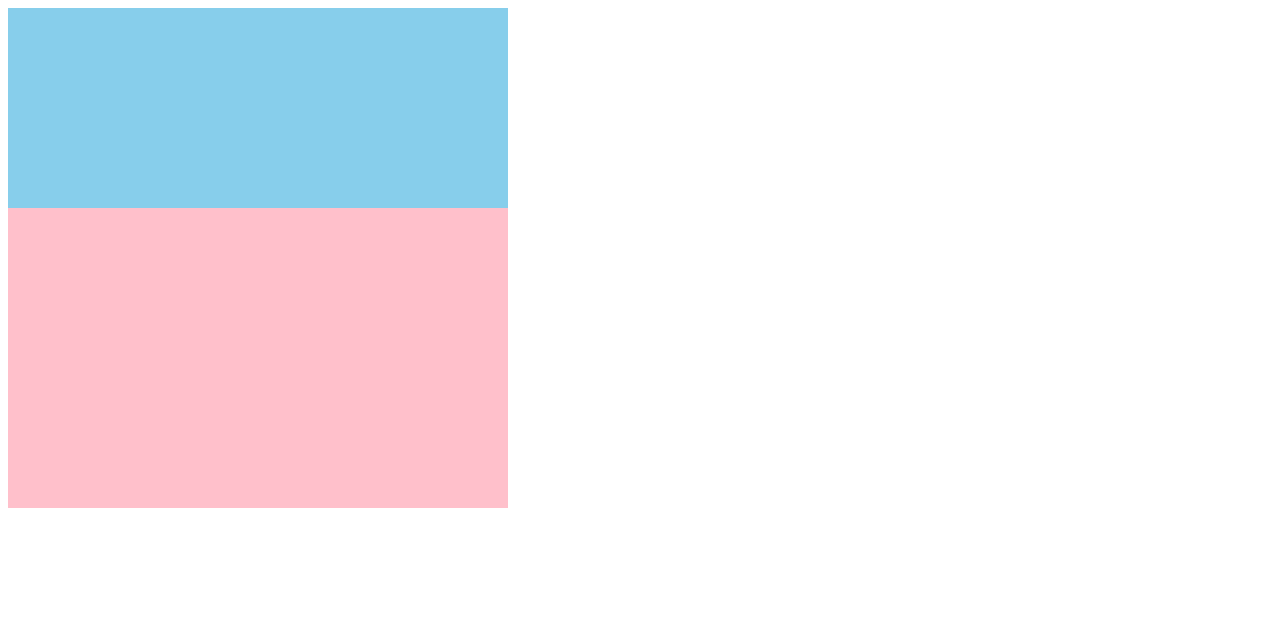
Repository: hminah0215/bitcamp
Page: http://localhost/day0217b/exam03/ex03.jsp
An editor plug-in stored every save of this project. The page is shown before and after the next save, followed by the edit.
The browser window is 1280 px wide. The pictures show the whole page.
The page is served by Tomcat 9.

Above is the page before, as saved 2020-02-17 07:50:40.

After the next save:
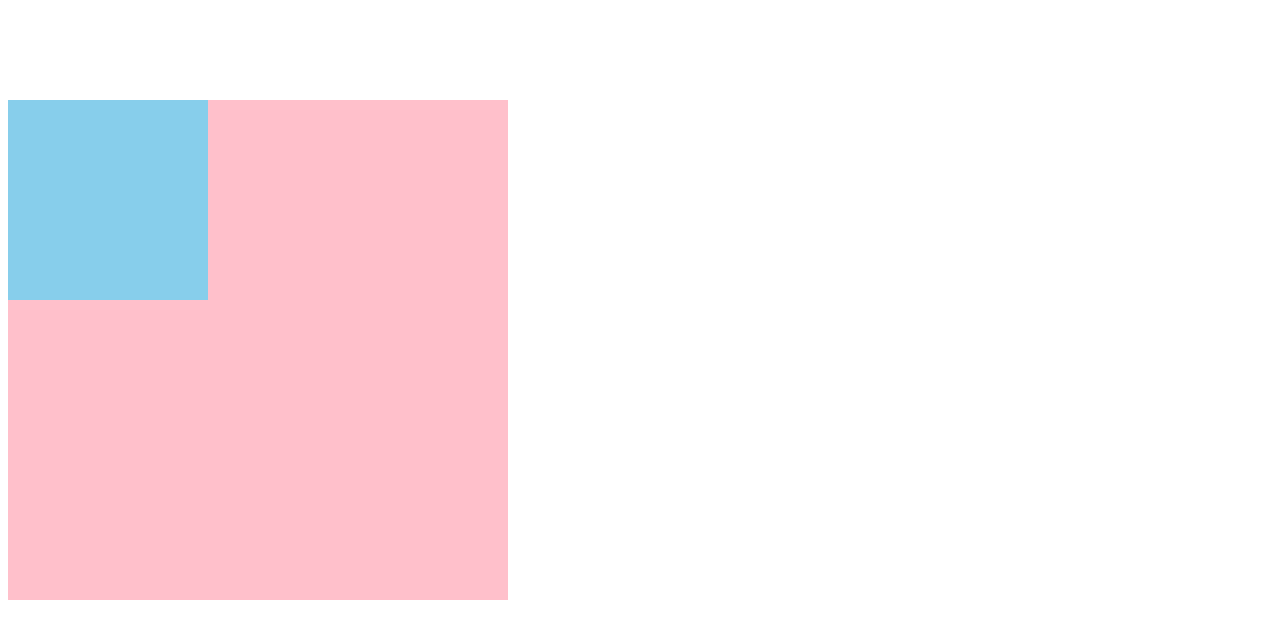
Saved 6 s later.
--- a/save_eclipse/day0217b/WebContent/exam03/ex03.jsp
+++ b/save_eclipse/day0217b/WebContent/exam03/ex03.jsp
@@ -13,7 +13,7 @@
 	}
 
 	#child{
-	margin-top: 100[x;]
+		margin-top: 100px;
 		width: 200px;
 		height: 200px;
 		background: skyblue;
